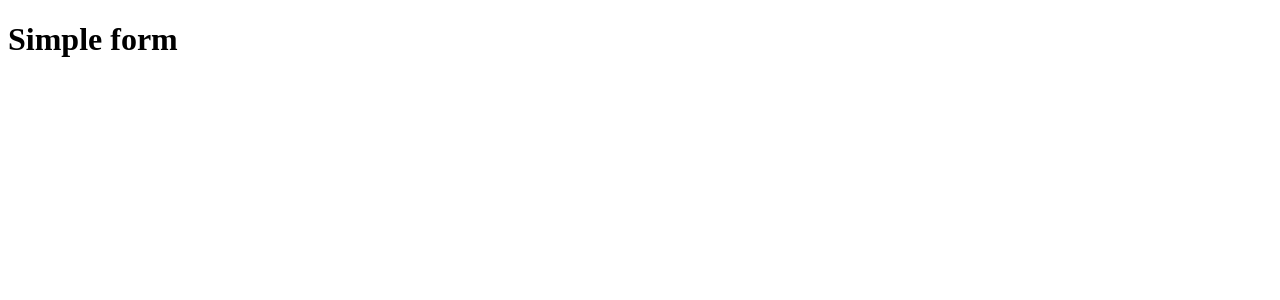
Repository: mnosov622/email-sender
Page: index.html
These files come from the project's save history. The page is drawn as it stood at one moment and after the next save; the edit follows.
The browser window is 1280 px wide. The pictures show the whole page.

Above is the page before, as saved 2022-09-19 07:33:15.

### index.html
<!DOCTYPE html>
<html lang="en">
<head>
    <meta charset="UTF-8">
    <meta http-equiv="X-UA-Compatible" content="IE=edge">
    <meta name="viewport" content="width=device-width, initial-scale=1.0">
    <title>Document</title>
</head>
<body>


    <h1>Simple form</h1>


</body>
</html>

After the next save:
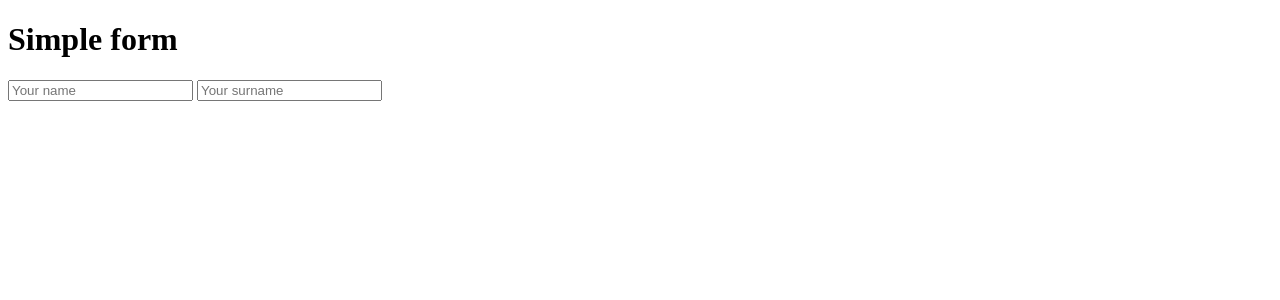
Saved 43 s later.
--- a/index.html
+++ b/index.html
@@ -11,6 +11,9 @@
 
     <h1>Simple form</h1>
 
-
+    <form action="email.php" method="POST">
+        <input type="text" name="name" id="" placeholder="Your name">
+        <input type="text" name="surname" id="" placeholder="Your surname">
+    </form>
 </body>
 </html>
